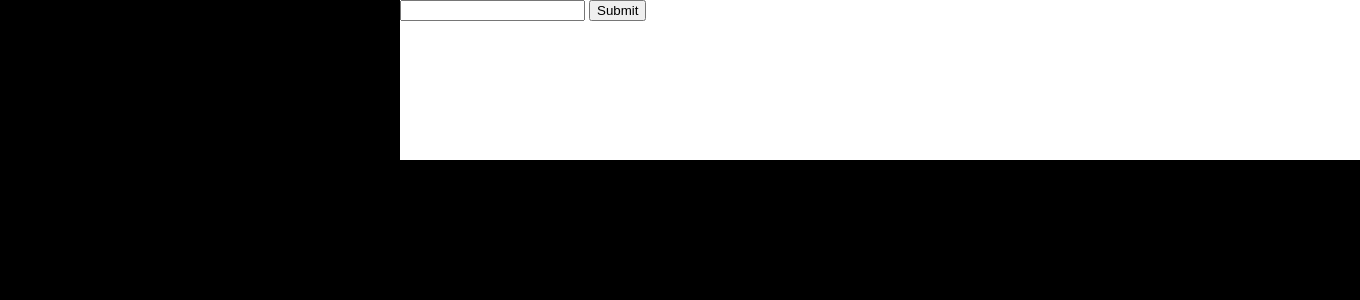
Repository: AndreasAnemyrLNU/1dv403-laborationer-AA223IG
Page: 2-labbymezzage/index.html
The author's editor kept a record of every edit. The page is drawn from the files as they stood at one moment, then again after the next edit.
The browser window is 1280 px wide. The page is 1360 px wide, then 1280 px, so the pictures cover 1360 px, including what lies to the right of the window. The pictures show the whole page.

Above is the page before.

### 2-labbymezzage/index.html
<!DOCTYPE html>
<html lang="sv">
    <head>
        <link rel="stylesheet" href="css/main.css" type="text/css" />
    </head>
    <body>

        <main id="mainMessageArea">
            <div id="messageWrapper">
                <form>
                    <input id="messageInputArea"type="textarea"/>
                    <input type="submit" value="Submit"/>
                </form>
            </div>
        </main>

        <script type="text/javascript" src="js/addEvent.js"></script>
        <!--script type="text/javascript" src="js/run.js"></script>
        <!--script type="text/javascript" src="js/Message.js"></script>
    </body>
</html>

### 2-labbymezzage/css/main.css
/*Optimized for 960px width*/

/*ColorScheme*/


/* http://meyerweb.com/eric/tools/css/reset/
   v2.0 | 20110126
   License: none (public domain)
*/

html, body, div, span, applet, object, iframe,
h1, h2, h3, h4, h5, h6, p, blockquote, pre,
a, abbr, acronym, address, big, cite, code,
del, dfn, em, img, ins, kbd, q, s, samp,
small, strike, strong, sub, sup, tt, var,
b, u, i, center,
dl, dt, dd, ol, ul, li,
fieldset, form, label, legend,
table, caption, tbody, tfoot, thead, tr, th, td,
article, aside, canvas, details, embed,
figure, figcaption, footer, header, hgroup,
menu, nav, output, ruby, section, summary,
time, mark, audio, video {
	margin: 0;
	padding: 0;
	border: 0;
	font-size: 100%;
	font: inherit;
	vertical-align: baseline;
}
/* HTML5 display-role reset for older browsers */
article, aside, details, figcaption, figure,
footer, header, hgroup, menu, nav, section {
	display: block;
}
body {
	line-height: 1;
}
ol, ul {
	list-style: none;
}
blockquote, q {
	quotes: none;
}
blockquote:before, blockquote:after,
q:before, q:after {
	content: '';
	content: none;
}
table {
	border-collapse: collapse;
	border-spacing: 0;
}

/*END OF MEYER'S RESET*/

body {
    background-color: black;
}

#mainMessageArea {
    background-color: green;
    height: 10em;
    margin: auto;
    width: 30em;
}

#messageWrapper {
    background-color: white;
    height: 10em;
    margin: auto;
    width: 60em;
}

Loaded but not shown: 2-labbymezzage/js/addEvent.js (no copy from this time; the picture is the same without it)

After the next edit:
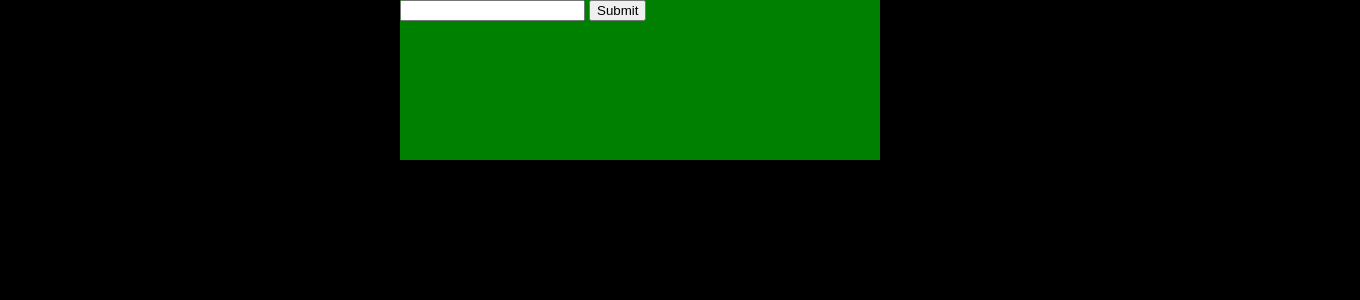
The edit:
--- a/2-labbymezzage/index.html
+++ b/2-labbymezzage/index.html
@@ -6,7 +6,7 @@
     <body>
 
         <main id="mainMessageArea">
-            <div id="messageWrapper">
+
                 <form>
                     <input id="messageInputArea"type="textarea"/>
                     <input type="submit" value="Submit"/>
